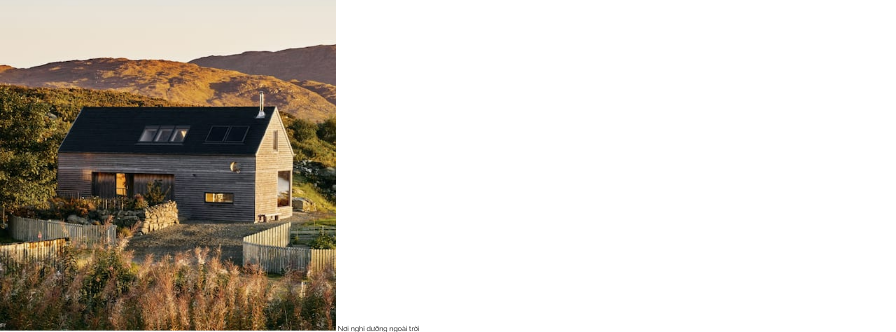
Repository: vanntrong/airbnb-clone
Page: index.html
The author's editor kept a copy of each file at every save. The page is drawn from the files as they stood at one save, then again after the next save.
The browser window is 1280 px wide. The pictures show the part of the page from y = 696 to 2616 px (the page is 1170 px tall before and 2616 px after), at 70% of full size.

Above is the page before, as saved 2021-09-22 18:58:50.

After the next save:
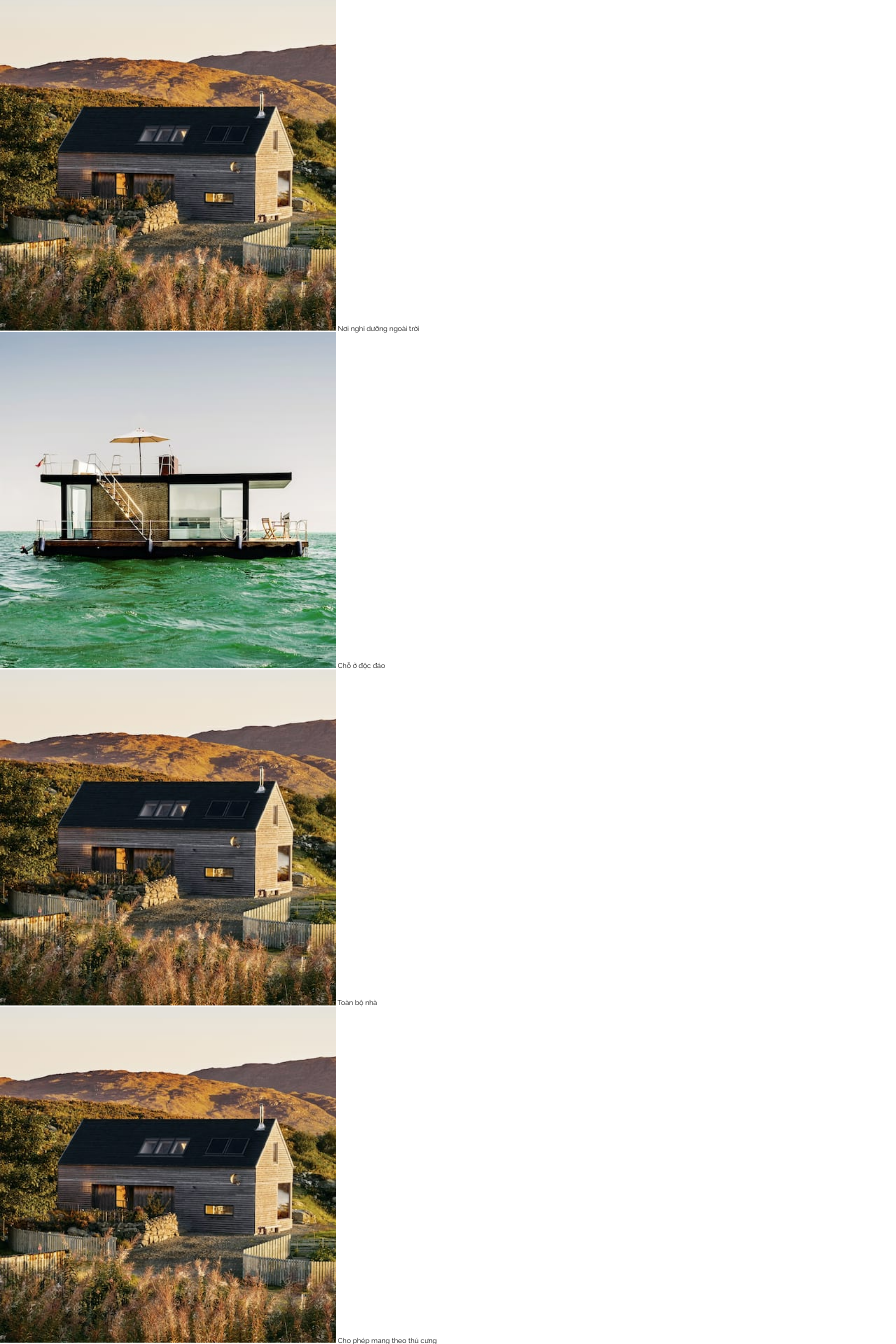
Saved 45 s later.
--- a/index.html
+++ b/index.html
@@ -101,9 +101,18 @@
             <img src="./assets/images/banner/banner1.png" class="banner__item-img" />
             <span class="banner__item-text">Nơi nghỉ dưỡng ngoài trời</span>
           </li>
-          <li class="banner__item"></li>
-          <li class="banner__item"></li>
-          <li class="banner__item"></li>
+          <li class="banner__item">
+            <img src="./assets/images/banner/banner2.png" class="banner__item-img" />
+            <span class="banner__item-text">Chỗ ở độc đáo</span>
+          </li>
+          <li class="banner__item">
+            <img src="./assets/images/banner/banner1.png" class="banner__item-img" />
+            <span class="banner__item-text">Toàn bộ nhà</span>
+          </li>
+          <li class="banner__item">
+            <img src="./assets/images/banner/banner1.png" class="banner__item-img" />
+            <span class="banner__item-text">Cho phép mang theo thú cưng</span>
+          </li>
         </ul>
       </div>
     </div>
